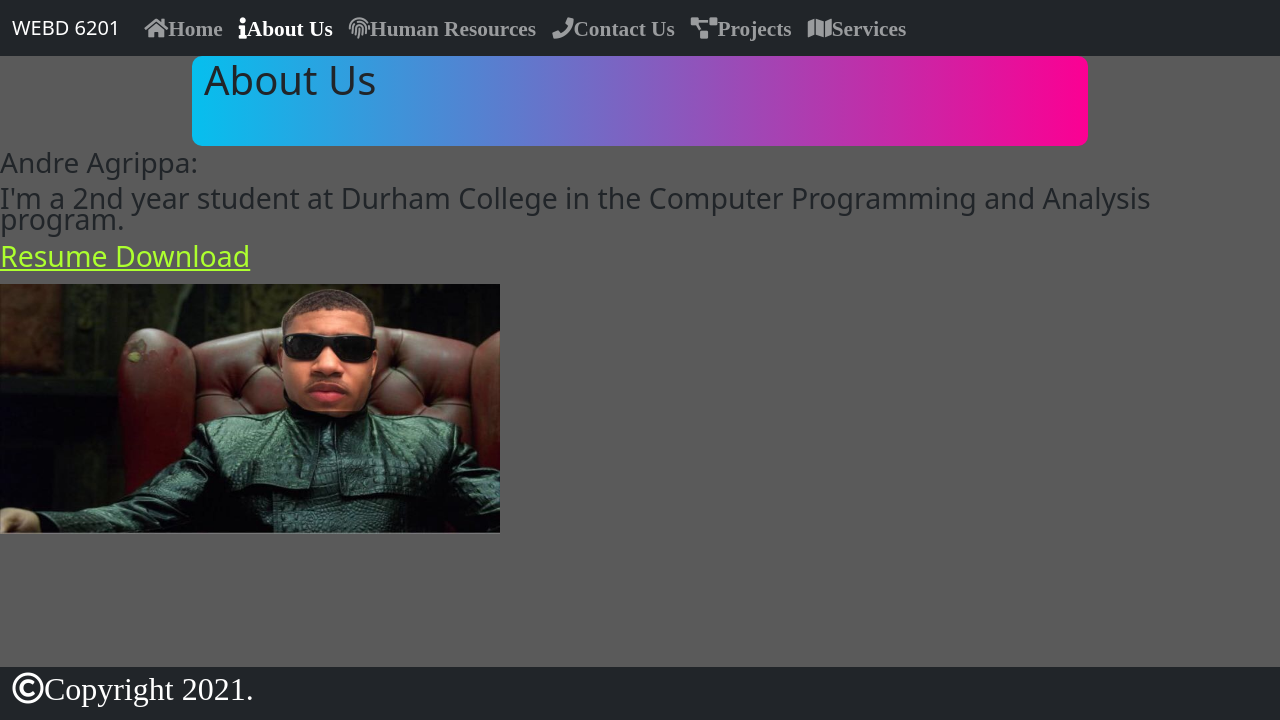
Repository: vans12345678/WEBD6201-W2021-Lab1
Page: about.html
An editor plug-in stored every save of this project. The page is shown before and after the next save, followed by the edit.
The browser window is 1280 px wide. The pictures show the whole page.

Above is the page before, as saved 2021-02-02 19:00:22.

After the next save:
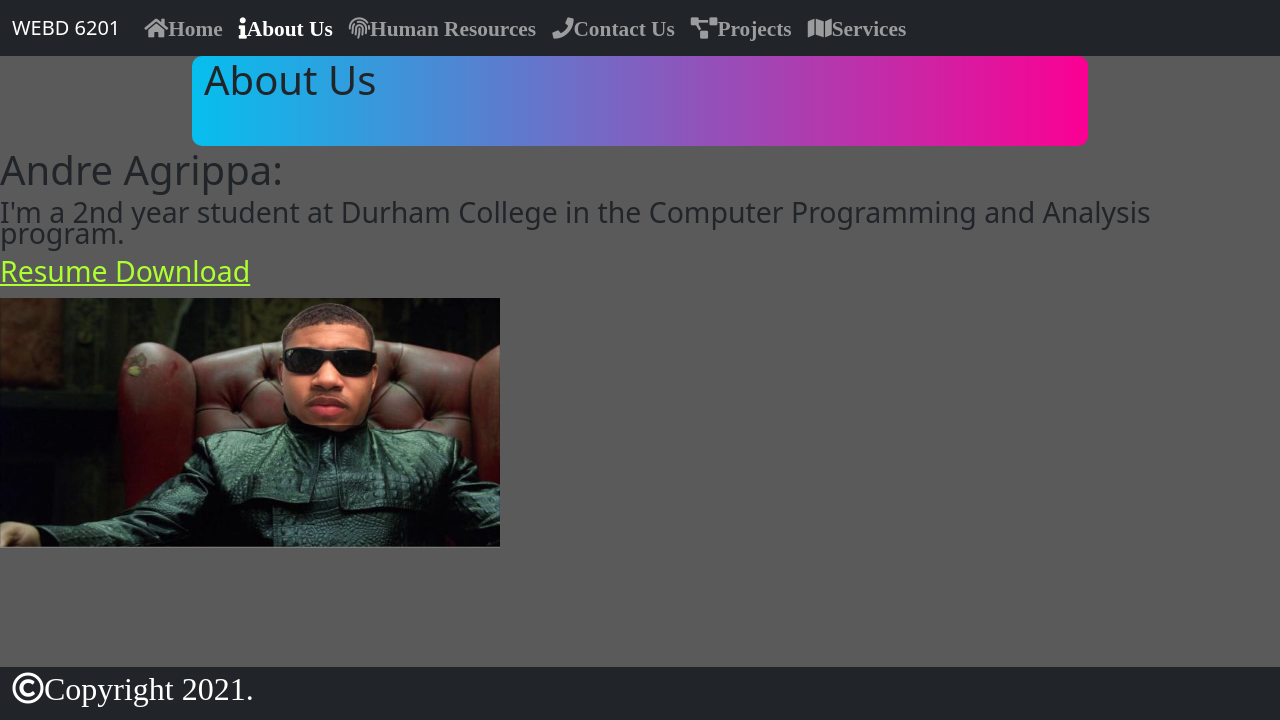
Saved 9 s later.
--- a/Scripts/app.js
+++ b/Scripts/app.js
@@ -41,7 +41,7 @@
         //About Andre
         let aboutElement = document.getElementById("aboutTitle").textContent = "About Us";
         aboutElement = document.getElementById("aboutAText");
-        aboutElement.innerHTML = `<h3>Andre Agrippa:</h3>
+        aboutElement.innerHTML = `<h1>Andre Agrippa:</h1>
         <p class = "fa-lg">I'm a 2nd year student at Durham College in the Computer Programming and Analysis program.</p>
         <a class = "fa-lg" href="andre_resume.pdf" download>Resume Download</a></br></br>
         <img src="../images/morpheus.JPG" alt="" style="width:500px;height:250px;">`;
